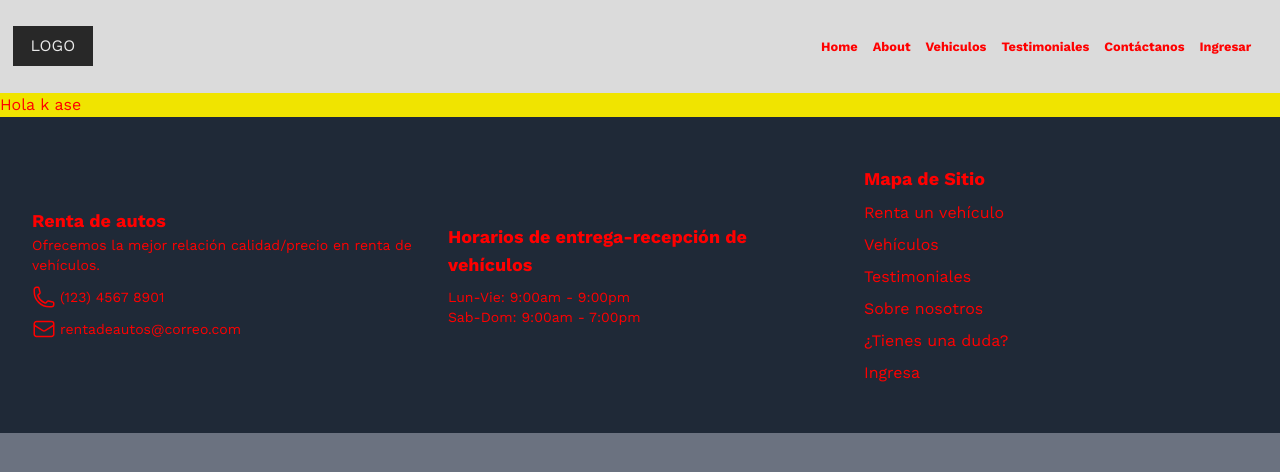
Repository: aldovelacasas/PF_RentCar2
Page: /
These files come from the project's save history. The page is drawn as it stood at one moment and after the next save; the edit follows.
The browser window is 1280 px wide. The pictures show the whole page.
The project was rebuilt for these pictures with package versions that can differ from the ones it lists, and the page was loaded fresh each time. The framework's server and built-in components were replaced by stand-ins that run in the browser. Also part of the build but not shown: next.config.js.

Above is the page before, as saved 2023-08-30 09:59:03.

After the next save:
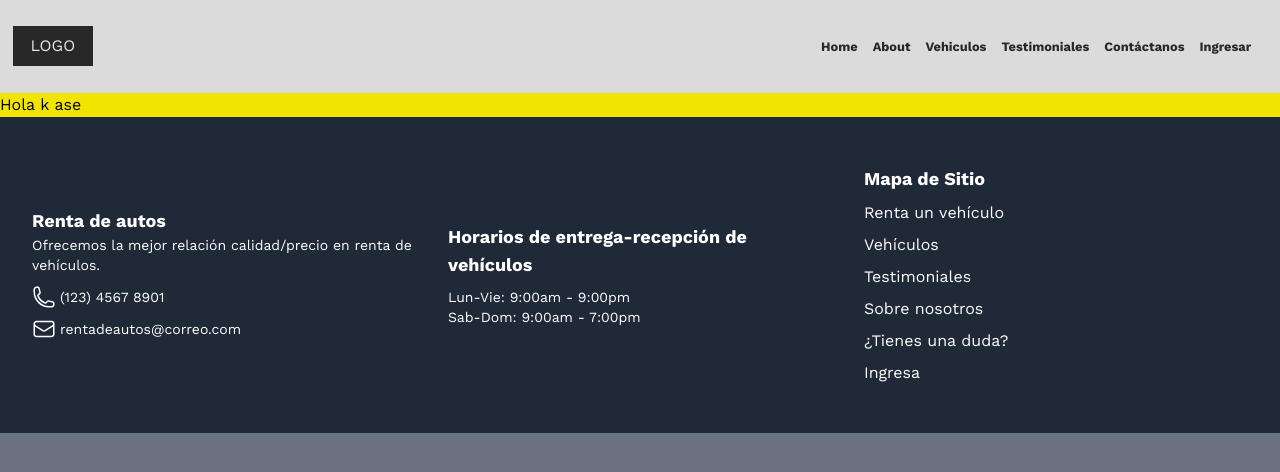
Saved 12 s later.
--- a/src/components/NavBar/nav.css
+++ b/src/components/NavBar/nav.css
@@ -103,7 +103,6 @@ nav {
 }
 
 @media (min-width: 38em) {
-  *{color:red}
   nav{
     padding:1%;
   }
